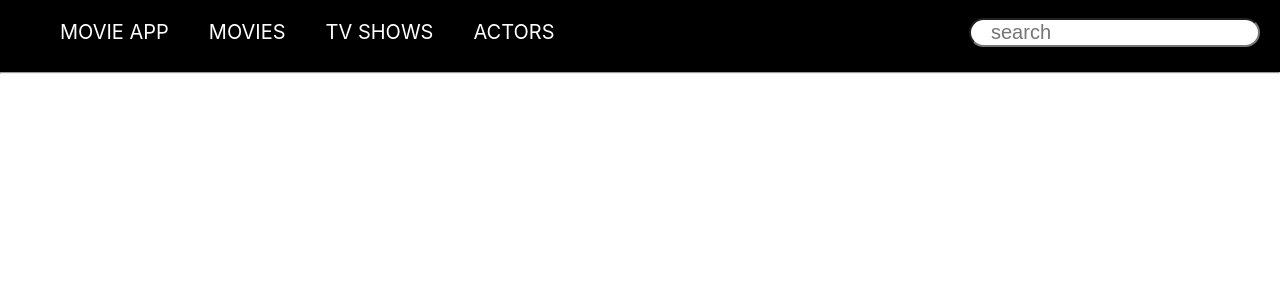
Repository: manahiang/MovieMana
Page: / (app in src/)
An editor plug-in stored every save of this project. The page is shown before and after a run of saves, followed by the edit.
The browser window is 1280 px wide. The pictures show the whole page.
The project was rebuilt for these pictures with package versions that can differ from the ones it lists, and the page was loaded fresh each time. Also part of the build but not shown: src/src/App.css.

Above is the page before, as saved 2022-11-14 10:51:48.

### src/src/index.css
body {
  margin: 0;
  font-family: -apple-system, BlinkMacSystemFont, 'Segoe UI', 'Roboto', 'Oxygen',
    'Ubuntu', 'Cantarell', 'Fira Sans', 'Droid Sans', 'Helvetica Neue',
    sans-serif;
  -webkit-font-smoothing: antialiased;
  -moz-osx-font-smoothing: grayscale;
  color: white;
}
.header{
  width: 100%;
  height: 100%;
  background-color: black;;
}
.navbar{
  display: flex;
  justify-content: space-between;
  font-size: 20px;
  text-transform: uppercase;
}
.menu ul li{
  display: inline;
  align-items: center;
  justify-content: center;
  padding: 20px;
}
.search{
  align-items: center;
  justify-content: center;
  display: flex;
  padding-right: 20px;
}
.search input{
  font-size: 20px;
  border-radius: 15px;
  padding-left: 20px;
  padding:

}
.menu ul li:hover a{
  color: yellow;
  cursor: pointer;
}

### src/src/App.js
//import logo from './logo.svg';
import './App.css';
import  MoiveMana from'./movieMana'

function App() {
  return (
  <MoiveMana/>
  );
}

export default App;

### src/src/movieMana.js
import './index.css'
function MoiveMana() {
    return (
        <div className="container">
            <div className="header">
                <div className="navbar">
                    <div className="menu">
                        <ul>
                            <li>Movie App</li>
                            <li><a hreft="#">Movies</a></li>
                            <li><a hreft="#">TV shows</a></li>
                            <li><a hreft="#">Actors</a></li>
                        </ul>
                    </div>
                    <div className="search">
                        <input type="text" placeholder="search" />
                    </div>
                </div>
                <hr />
            </div>
        </div>
    )
}
export default MoiveMana;

Loaded but not shown: src/public/index.html (common file); src/src/index.js (common file); src/src/reportWebVitals.js (common file)

After the next 3 saves:
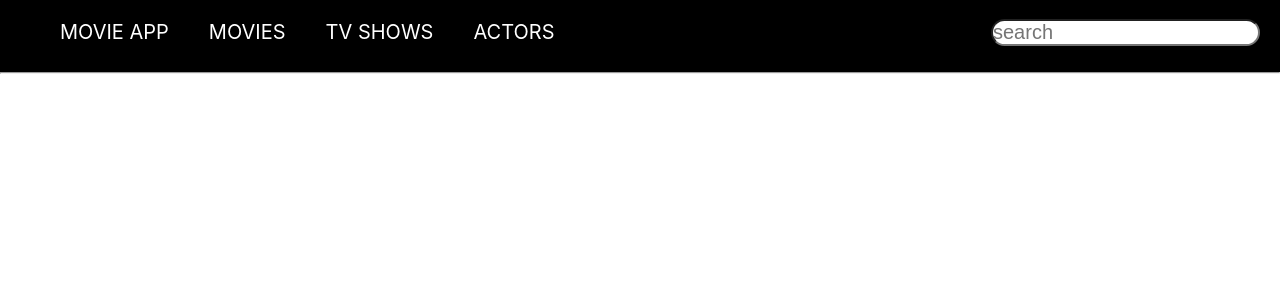
The 3 saves are shown as one change because they came seconds apart.
The last was saved 7 s later.
--- a/src/src/index.css
+++ b/src/src/index.css
@@ -34,7 +34,7 @@ body {
   font-size: 20px;
   border-radius: 15px;
   padding-left: 20px;
-  padding:
+  padding:0 0
 
 }
 .menu ul li:hover a{
